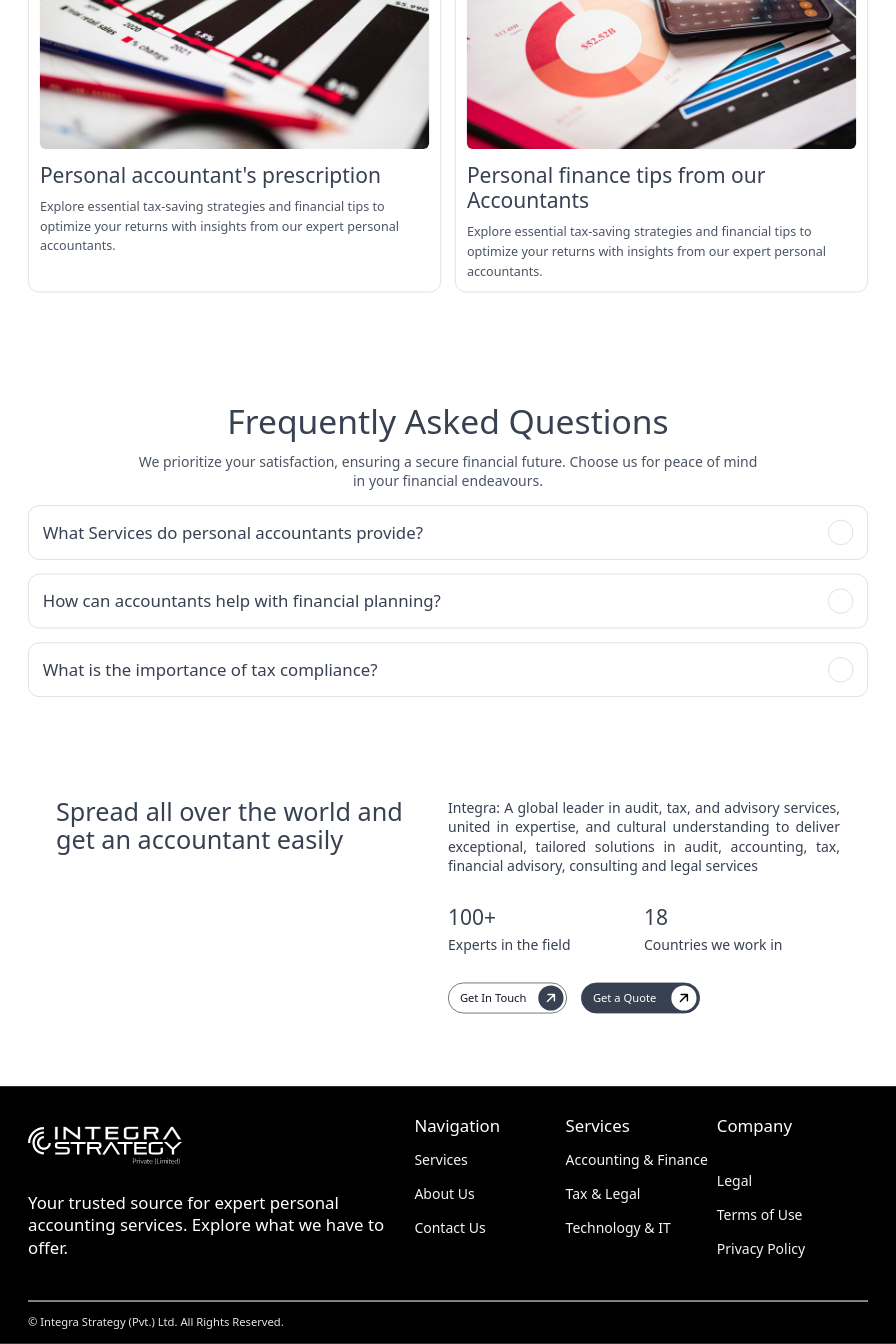
Repository: vespersolutionspk18/integrast-website
Page: /
These files come from the project's save history. The page is drawn as it stood at one moment and after the next save; the edit follows.
The browser window is 1280 px wide. The pictures show the part of the page from y = 2894 to 4814 px (the page is 4814 px tall), at 70% of full size.
The project was rebuilt for these pictures with package versions that can differ from the ones it lists, and the page was loaded fresh each time. The framework's server and built-in components were replaced by stand-ins that run in the browser. Also part of the build but not shown: next.config.ts.

Above is the page before, as saved 2024-12-12 18:13:37.

### app/layout.tsx
import type { Metadata } from "next";
import localFont from "next/font/local";
import "./globals.css";

const geistSans = localFont({
  src: "./fonts/GeistVF.woff",
  variable: "--font-geist-sans",
  weight: "100 900",
});
const geistMono = localFont({
  src: "./fonts/GeistMonoVF.woff",
  variable: "--font-geist-mono",
  weight: "100 900",
});

export const metadata: Metadata = {
  title: "Integra Strategy",
  description: "-",
};

export default function RootLayout({
  children,
}: Readonly<{
  children: React.ReactNode;
}>) {
  return (
    <html lang="en">
      <body
        className={`${geistSans.variable} ${geistMono.variable} antialiased`}
      >
        {children}
      </body>
    </html>
  );
}

### app/page.tsx
import Header from "./Header";
import Hero from "./Hero";
import Services from "./Services";
import Postsart from "./Postsart";
import Faqsection from "./Faqsection";
import GetinTouchSection from "./GetinTouchSection";
import Footer from "./Footer";

export default function Home() {
  return (
    <div>
      <Header />
      <Hero />
      <Services />
      <Postsart />
      <Faqsection />
      <GetinTouchSection />
      <Footer />
    </div>
  );
}

### app/Header.tsx
import React from 'react'
import IntegraLogo from "@/public/assets/integra-logo.svg";
import ButtonArrow from "@/public/assets/buttonarrow.svg";

const Header = () => {
  return (
    <div className="pl-10 pr-10 pt-1 pb-3 flex flex-row justify-between font-sans font-light text-gray-800">
      <IntegraLogo className="h-[90px] w-[200px]" />
      <div className="text-xl flex flex-row gap-5 items-center">
        <div className="hover:text-black hover:font-normal hover:cursor-pointer">Insights</div>
        <div className="hover:text-black hover:font-normal hover:cursor-pointer">Industries</div>
        <div className="hover:text-black hover:font-normal hover:cursor-pointer">Services</div>
        <div className="hover:text-black hover:font-normal hover:cursor-pointer">About</div>
        <div className="hover:text-black hover:font-normal hover:cursor-pointer pr-5">Clients</div>
        <div id="button"
  className="group  bg-gray-700 h-[44px] flex-row border-[1px] border-gray-700 text-white text-[16px] py-1 px-1 font-light rounded-full hidden md:flex items-center justify-between w-[170px] transition-width duration-500 ease-in-out  hover:w-[195px] hover:bg-[#ec8123] hover:border-[#ec8123] hover:cursor-pointer "

>
  <div className="mx-3 font-sans font-regular">Contact Us</div>
  <div className="bg-white rounded-full h-[36px] w-[36px] flex items-center justify-center transition-transform duration-500 ease-in-out group-hover:rotate-45 ">
    <ButtonArrow className="h-[24px] w-[24px]" />
  </div>
            </div>
      </div>
    </div>

  )
}

export default Header

### app/Hero.tsx
import React from 'react'
import ButtonArrowwhite from "@/public/assets/buttonarrowwhite.svg";

const Hero = () => {
  return (
    <div className="flex flex-col p-10 ">
        <div className="flex flex-row mt-24 h-[190px] gap-5 ">
            <div className="w-[55%] flex flex-col">
                <h1 className="font-light font-sans text-6xl text-[#ec8123]">Unlock Prosperity, <span className="text-gray-800">Choose Expert Guidance</span></h1>
                <h4 className="text-xl font-sans font-light text-gray-900 mt-6">Embark on a transformative journey to financial prosperity with our personalized accountancy services</h4>
            </div>
            <div className="w-[45%] flex flex-col justify-between ">
                <h4 className="text-xl text-justify font-light font-sans text-gray-900">Unlock tailored strategies, benefit from insightful guidances, and follow a clear pathway to achieve your financial success. Elevate your financial journey with our dedicated support and expertise. Contact us today to start your journey towards financial freedom.</h4>
                <div className="flex flex-row gap-5 pt-10">
                <div>
                <div id="button"
  className="group  bg-white h-[44px] flex-row border-[1px] border-gray-700 text-gray-900 text-[16px] py-1 px-1 font-light rounded-full hidden md:flex items-center justify-between w-[170px] transition-width duration-500 ease-in-out  hover:w-[195px] hover:bg-gray-700 hover:border-gray-700 hover:text-white hover:cursor-pointer "

>
  <div className="mx-3 font-sans font-regular">Get In Touch</div>
  <div className="bg-gray-700 rounded-full h-[36px] w-[36px] flex items-center justify-center transition-transform duration-500 ease-in-out group-hover:rotate-45 group-hover:bg-[#ec8123]">
    <ButtonArrowwhite className="h-[24px] w-[24px]" />
  </div>
            </div>
                </div>
                <div>

                </div>

                </div>
            </div>
        </div>


        <div className="flex flex-row h-[380px] gap-4 mt-16">
            <div className="w-[70%] transition-all duration-500 ease-in-out hover:w-[90%] rounded-2xl bg-cover bg-center" style={{backgroundImage: `url('/assets/heroimage3.jpg')`}}></div>
            <div className="w-[30%] transition-all duration-500 ease-in-out hover:w-[40%] flex flex-col justify-between ">
                <div className="w-full h-full rounded-2xl bg-cover bg-center" style={{backgroundImage: `url('/assets/heroimage4.jpg')`}}></div>
                <h5 className="font-sans text-gray-900 text-justify text-xl mt-3  font-light">Tailored solutions, expert guidance, and strategic planning to secure your wealth and achieve your financial goals seamlessly</h5>
            </div>
        </div>
    </div>
  )
}

export default Hero

### app/Services.tsx
import React from 'react'
import ButtonArrowwhite from "@/public/assets/buttonarrowwhite.svg";

const Services = () => {
  return (
    <div className="flex flex-col p-10 mt-16 items-center ">
        <div className="flex flex-row items-start justify-start ">
            <div className="w-1/2 font-sans font-light text-5xl text-[#ec8123]">We collaborate across <span className="text-gray-700">diverse industry landscapes</span></div>
            <div className="w-1/2 font-sans text-gray-900 text-justify text-xl  font-light">Our commitment to fostering dynamic collaboration allows to navigate the unique challenges and intricacies of various sectors. Our versatile approach ensures tailored solutions that resonate with the distinct needs of each industry.</div>
        </div>
        <div className="flex flex-row gap-5 mt-16">
            <div className="rounded-2xl w-1/3 h-[540px] bg-cover bg-center flex items-end  " style={{backgroundImage: `url('/assets/audit.jpg')`}}>
            <div className="group">
  <div className="bg-white m-4  rounded-[12px] flex flex-col relative transition-all duration-500 ease-in-out hover:pb-[120px] min-h-[180px]">
    <h5 className="ml-5 mt-5 mr-5 mb-5 font-sans text-3xl text-gray-700 group-hover:text-[#ec8123] font-light">
      Accounting & Finance
    </h5>
    <p className="ml-5 mr-5 mb-5 text-justify font-sans font-light text-xl text-gray-600">
      We are committed to serving the public interest by providing objective assurance over data on which investors rely.
    </p>
    {/* Hidden div */}
    <div className="absolute bottom-5 left-5 text-xl font-sans font-light  text-gray-600 px-4 py-2 rounded-md opacity-0 invisible transition-all duration-500 group-hover:opacity-100 group-hover:visible hover:text-black hover:cursor-pointer  hover:underline">
      Learn More
    </div>
  </div>
</div>

</div>
            <div className="rounded-2xl w-1/3 h-[540px] bg-cover bg-center flex items-end" style={{backgroundImage: `url('/assets/tax.jpg')`}}>
            <div className="group">
  <div className="bg-white m-4  rounded-[12px] flex flex-col relative transition-all duration-500 ease-in-out hover:pb-[120px] min-h-[180px]">
    <h5 className="ml-5 mt-5 mr-5 mb-5 font-sans text-3xl text-gray-700 group-hover:text-[#ec8123] font-light">
      Tax & Legal
    </h5>
    <p className="ml-5 mr-5 mb-5 text-justify font-sans font-light text-xl text-gray-600">
      We are committed to serving the public interest by providing objective assurance over data on which investors rely.
    </p>
    {/* Hidden div */}
    <div className="absolute bottom-5 left-5 text-xl font-sans font-light  text-gray-600 px-4 py-2 rounded-md opacity-0 invisible transition-all duration-500 group-hover:opacity-100 group-hover:visible hover:text-black hover:cursor-pointer  hover:underline">
      Learn More
    </div>
  </div>
</div>
</div>
            <div className="rounded-2xl w-1/3 h-[540px] bg-cover bg-center flex items-end" style={{backgroundImage: `url('/assets/tech.jpg')`}}>
            <div className="group">
  <div className="bg-white m-4  rounded-[12px] flex flex-col relative transition-all duration-500 ease-in-out hover:pb-[120px] min-h-[180px]">
    <h5 className="ml-5 mt-5 mr-5 mb-5 font-sans text-3xl text-gray-700 group-hover:text-[#ec8123] font-light">
      Technology & IT
    </h5>
    <p className="ml-5 mr-5 mb-5 text-justify font-sans font-light text-xl text-gray-600">
      We are committed to serving the public interest by providing objective assurance over data on which investors rely.
    </p>
    {/* Hidden div */}
    <div className="absolute bottom-5 left-5 text-xl font-sans font-light  text-gray-600 px-4 py-2 rounded-md opacity-0 invisible transition-all duration-500 group-hover:opacity-100 group-hover:visible hover:text-black hover:cursor-pointer  hover:underline">
      Learn More
    </div>
  </div>
</div>
</div>
        </div>
        <div className="mt-8">
                <div id="button"
  className="group  bg-white h-[44px] flex-row border-[1px] border-gray-700 text-gray-900 text-[16px] py-1 px-1 font-light rounded-full hidden md:flex items-center justify-between w-[190px] transition-width duration-500 ease-in-out hover:cursor-pointer  hover:w-[215px] hover:bg-gray-700 hover:border-gray-700 hover:text-white "

>
  <div className="mx-3 font-sans font-regular">View all Services</div>
  <div className="bg-gray-700 rounded-full h-[36px] w-[36px] flex items-center justify-center transition-transform duration-500 ease-in-out group-hover:rotate-45 group-hover:bg-[#ec8123]">
    <ButtonArrowwhite className="h-[24px] w-[24px]" />
  </div>
            </div>
                </div>
    </div>
  )
}

export default Services

### app/Postsart.tsx
import React from 'react'

const Postsart = () => {
  return (
    <div className="w-full flex flex-col p-10 items-center mt-20">
        <h2 className="text-5xl font-sans text-gray-700 font-light">Posts & Articles</h2>
        <p className="font-sans text-xl text-gray-800 font-light text-center mt-5">Stay up-to-date and enahnce your financial literacy with our engaging and informative<br></br>content your key to achieving financial success</p>
        <div className="flex flex-row mt-10 gap-5 w-full">
            <div className="hover:border-black hover:cursor-pointer flex flex-col rounded-2xl w-1/2  border-[1px] p-4 border-gray-300">
            <div className="w-full h-[340px] rounded-[8px] bg-cover bg-center" style={{backgroundImage: `url('/assets/post1.jpg')`}}></div>
            <h5 className="font-sans font-light text-3xl mt-5 text-gray-700">Navigating Tax Season: Tips for Individuals</h5>
            <p className="font-sans font-light text-gray-600 text-lg mt-3">Explore essential tax-saving strategies and financial tips to optimize your returns with insights from our expert personal accountants.</p>
            </div>
            <div className="hover:border-black hover:cursor-pointer flex flex-col rounded-2xl w-1/2  border-[1px] p-4 border-gray-300">
            <div className="w-full h-[340px] rounded-[8px] bg-cover bg-center" style={{backgroundImage: `url('/assets/post2.jpg')`}}></div>
            <h5 className="font-sans font-light text-3xl mt-5 text-gray-700">Insights from personal accountants</h5>
            <p className="font-sans font-light text-gray-600 text-lg mt-3">Explore essential tax-saving strategies and financial tips to optimize your returns with insights from our expert personal accountants.</p>
            </div>
        </div>
        <div className=" flex flex-row mt-5 gap-5 w-full">
            <div className="hover:border-black hover:cursor-pointer flex flex-col rounded-2xl w-1/2  border-[1px] p-4 border-gray-300">
            <div className="w-full h-[340px] rounded-[8px] bg-cover bg-center" style={{backgroundImage: `url('/assets/post3.jpg')`}}></div>
            <h5 className="font-sans font-light text-3xl mt-5 text-gray-700">Personal accountant&apos;s prescription</h5>
            <p className="font-sans font-light text-gray-600 text-lg mt-3">Explore essential tax-saving strategies and financial tips to optimize your returns with insights from our expert personal accountants.</p>
            </div>
            <div className="hover:border-black hover:cursor-pointer flex flex-col rounded-2xl w-1/2  border-[1px] p-4 border-gray-300">
            <div className="w-full h-[340px] rounded-[8px] bg-cover bg-center" style={{backgroundImage: `url('/assets/post4.jpg')`}}></div>
            <h5 className="font-sans font-light text-3xl mt-5 text-gray-700">Personal finance tips from our Accountants</h5>
            <p className="font-sans font-light text-gray-600 text-lg mt-3">Explore essential tax-saving strategies and financial tips to optimize your returns with insights from our expert personal accountants.</p>
            </div>
        </div>
    </div>
  )
}

export default Postsart

### app/Faqsection.tsx
"use client";
import React, { useState } from "react";
import ButtonRight from "@/public/assets/right.svg";

const Faqsection = () => {
  // Array of FAQs
  const faqs = [
    {
      question: "What Services do personal accountants provide?",
      answer:
        "Personal accountants provide a variety of services, including tax preparation, financial planning, and investment advice. They also help manage budgets, track expenses, and ensure compliance with financial regulations.",
    },
    {
      question: "How can accountants help with financial planning?",
      answer:
        "Accountants assist in creating budgets, managing investments, and developing long-term financial strategies tailored to individual needs.",
    },
    {
      question: "What is the importance of tax compliance?",
      answer:
        "Tax compliance ensures that individuals and businesses meet their legal obligations, avoiding penalties and fostering financial stability.",
    },
  ];

  // State to track which FAQ is expanded
  const [expandedIndex, setExpandedIndex] = useState<number | null>(null);

  // Toggle function
  const toggleSection = (index: number) => {
    setExpandedIndex((prevIndex) => (prevIndex === index ? null : index));
  };

  return (
    <div className="flex flex-col p-10 items-center mt-20">
      <h2 className="font-sans font-light text-5xl text-gray-700">
        Frequently Asked Questions
      </h2>
      <p className="font-sans mt-5 font-light text-xl text-gray-600 text-center">
        We prioritize your satisfaction, ensuring a secure financial future.
        Choose us for peace of mind
        <br />
        in your financial endeavours.
      </p>
      <div className="w-full flex flex-col gap-5 mt-5">
        {faqs.map((faq, index) => (
          <div
            key={index}
            className={`border-[1px] ${
              expandedIndex === index ? "border-gray-500" : "border-gray-300"
            } rounded-2xl p-5 flex flex-col transition-all duration-500`}
          >
            <div
              onClick={() => toggleSection(index)}
              className="flex flex-row justify-between items-center cursor-pointer"
            >
              <h5 className="font-sans font-light text-2xl text-gray-700">
                {faq.question}
              </h5>
              <div
                className={`bg-white border-[1px] border-gray-300 rounded-full h-[36px] w-[36px] flex items-center justify-center transition-transform duration-500 ease-in-out ${
                  expandedIndex === index ? "rotate-90" : "rotate-0"
                }`}
              >
                <ButtonRight className="h-[24px] w-[24px]" />
              </div>
            </div>
            {/* Expandable content */}
            <div
              className={`overflow-hidden transition-all duration-500 ease-in-out ${
                expandedIndex === index ? "max-h-[200px] mt-5" : "max-h-0"
              }`}
            >
              <p className="text-gray-600 font-sans font-light text-lg">{faq.answer}</p>
            </div>
          </div>
        ))}
      </div>
    </div>
  );
};

export default Faqsection;

### app/GetinTouchSection.tsx
import React from 'react'
import ButtonArrowwhite from "@/public/assets/buttonarrowwhite.svg";
import ButtonArrow from "@/public/assets/buttonarrow.svg";

const GetinTouchSection = () => {
  return (
    <div className="mt-16">
        <div className="flex flex-row p-10 ">
        <div className="ml-10 w-1/2 font-sans font-light text-gray-700 text-4xl">
        <b>Spread all over the world</b> and get an accountant easily
        </div>
        <div className="mr-10 w-1/2 flex flex-col">
        <p className="font-light text-xl text-gray-700 font-sans text-justify">
            Integra: A global leader in audit, tax, and advisory services, united in expertise, and cultural understanding to deliver exceptional, tailored solutions in audit, accounting, tax, financial advisory, consulting and legal services
        </p>
        <div className="flex flex-row justify-between mt-10">
        <div className="w-1/2 flex flex-col gap-2">
        <h5 className="font-sans font-light text-3xl text-gray-700">100+</h5>
        <p className="font-sans font-light text-xl text-gray-700">Experts in the field</p>

        </div>
        <div className="w-1/2 flex flex-col gap-2">
        <h5 className="font-sans font-light text-3xl text-gray-700">18</h5>
        <p className="font-sans font-light text-xl text-gray-700">Countries we work in </p>
        </div>
        </div>
        <div className="flex flex-row gap-5 pt-10">
                <div>
                <div id="button"
  className="group  bg-white h-[44px] flex-row border-[1px] border-gray-700 text-gray-900 text-[16px] py-1 px-1 font-light rounded-full hidden md:flex items-center justify-between w-[170px] transition-width duration-500 ease-in-out  hover:w-[195px] hover:bg-gray-700 hover:border-gray-700 hover:text-white hover:cursor-pointer "

>
  <div className="mx-3 font-sans font-regular">Get In Touch</div>
  <div className="bg-gray-700 rounded-full h-[36px] w-[36px] flex items-center justify-center transition-transform duration-500 ease-in-out group-hover:rotate-45">
    <ButtonArrowwhite className="h-[24px] w-[24px]" />
  </div>
            </div>
                </div>
                <div>
                <div id="button"
  className="group  bg-gray-700 h-[44px] flex-row border-[1px] border-gray-700 text-white text-[16px] py-1 px-1 font-light rounded-full hidden md:flex items-center justify-between w-[170px] transition-width duration-500 ease-in-out  hover:w-[195px] hover:bg-white hover:border-gray-700 hover:text-gray-700 hover:cursor-pointer "

>
  <div className="mx-3 font-sans font-regular">Get a Quote</div>
  <div className="bg-white rounded-full h-[36px] w-[36px] flex items-center justify-center transition-transform duration-500 ease-in-out group-hover:rotate-45 group-hover:border-[1px] group-hover:border-gray-700">
    <ButtonArrow className="h-[24px] w-[24px]" />
  </div>
            </div>
                </div>

                </div>
        </div>
    </div>
    </div>
  )
}

export default GetinTouchSection

### app/Footer.tsx
import React from 'react'
import IntegraFooterLogo from "@/public/assets/integra-logo-white.svg";
import { Separator } from '@/components/ui/separator';

const Footer = () => {
  return (
    <div className="flex flex-col bg-black text-white mt-16">
        <div className="flex flex-row p-10 justify-between">
        <div className="w-[46%] pr-10 flex flex-col gap-5">
        <IntegraFooterLogo className="h-[90px] w-[220px]" />
        <h3 className="font-sans font-light text-2xl">Your trusted source for expert personal accounting services. Explore what we have to offer.</h3>
        </div>
        <div className="w-[18%] flex flex-col ustify-between font-sans font-light">
        <p className="text-white text-2xl font-normal">Navigation</p>
        <ul className="text-gray-100 text-xl">
        <li className="mt-5">Services</li>
        <li className="mt-5">About Us</li>
        <li className="mt-5">Contact Us</li>
        </ul>
        </div>
        <div className="w-[18%] flex flex-col ustify-between font-sans font-light">
        <p className="text-white text-2xl font-normal">Services</p>
        <ul className="text-gray-100 text-xl">
        <li className="mt-5">Accounting & Finance</li>
        <li className="mt-5">Tax & Legal</li>
        <li className="mt-5">Technology & IT</li>
        </ul>
        </div>
        <div className="w-[18%] flex flex-col justify-between font-sans font-light">
        <p className="text-white text-2xl font-normal">Company</p>
        <ul className="text-gray-100 text-xl">
        <li className="mt-5">Legal</li>
        <li className="mt-5">Terms of Use</li>
        <li className="mt-5">Privacy Policy</li>
        </ul>
        </div>
        </div>
        <div className="pl-10 pr-10 pb-2 pt-5">
        <Separator className="border-gray-500 border-[0.5px]" />
        </div>
        <div className="pr-10 pl-10 pt-2 pb-5 font-light font-sans text-gray-200">
        &#169; Integra Strategy (Pvt.) Ltd. All Rights Reserved.
        </div>
    </div>
  )
}

export default Footer

### components/ui/separator.tsx
"use client"

import * as React from "react"
import * as SeparatorPrimitive from "@radix-ui/react-separator"

import { cn } from "@/lib/utils"

const Separator = React.forwardRef<
  React.ElementRef<typeof SeparatorPrimitive.Root>,
  React.ComponentPropsWithoutRef<typeof SeparatorPrimitive.Root>
>(
  (
    { className, orientation = "horizontal", decorative = true, ...props },
    ref
  ) => (
    <SeparatorPrimitive.Root
      ref={ref}
      decorative={decorative}
      orientation={orientation}
      className={cn(
        "shrink-0 bg-border",
        orientation === "horizontal" ? "h-[1px] w-full" : "h-full w-[1px]",
        className
      )}
      {...props}
    />
  )
)
Separator.displayName = SeparatorPrimitive.Root.displayName

export { Separator }

Loaded but not shown: app/globals.css (common file); lib/utils.ts (common file); tailwind.config.ts (common file)

After the next save:
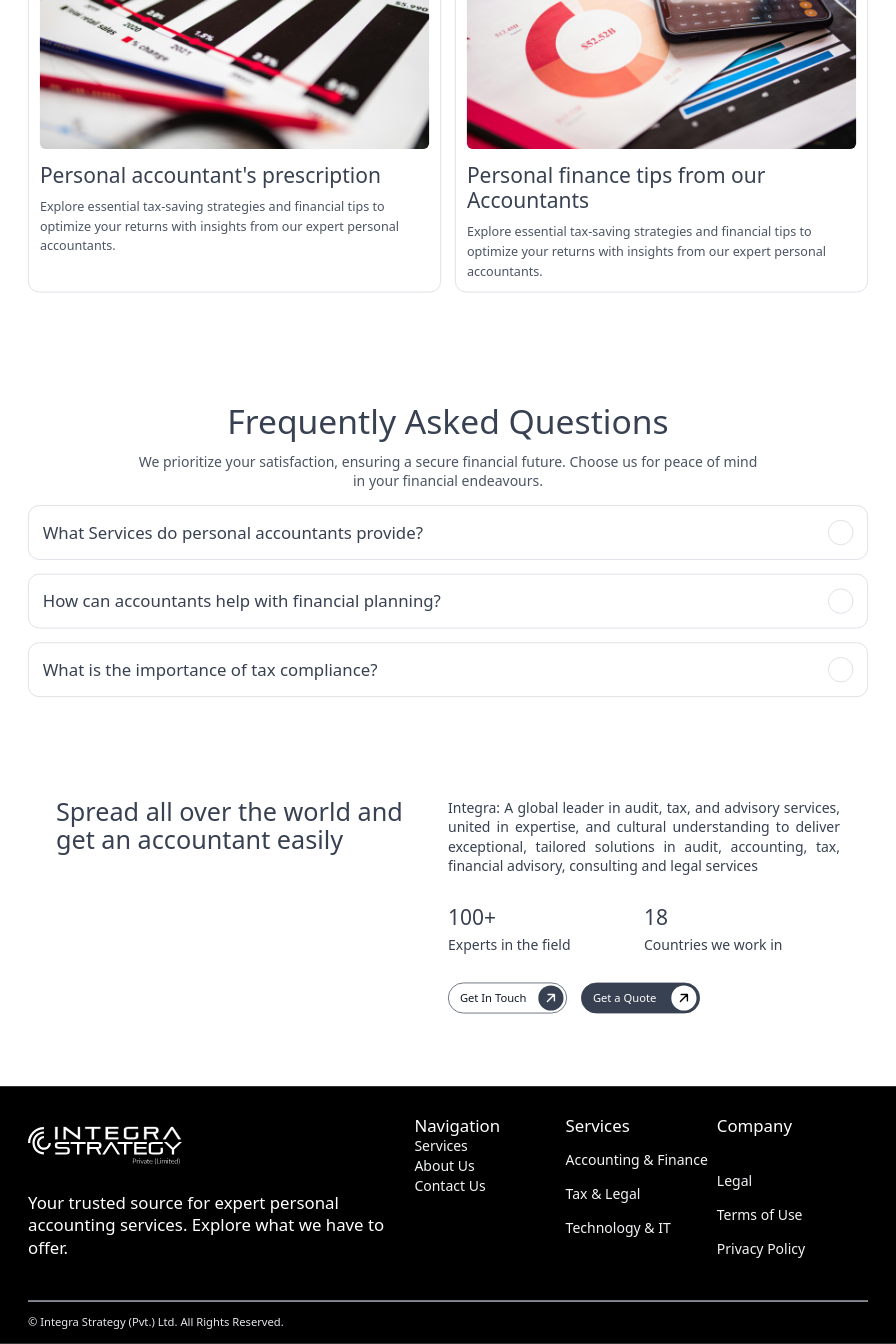
Saved 13 s later.
--- a/app/Footer.tsx
+++ b/app/Footer.tsx
@@ -13,9 +13,9 @@ const Footer = () => {
         <div className="w-[18%] flex flex-col ustify-between font-sans font-light">
         <p className="text-white text-2xl font-normal">Navigation</p>
         <ul className="text-gray-100 text-xl">
-        <li className="mt-5">Services</li>
-        <li className="mt-5">About Us</li>
-        <li className="mt-5">Contact Us</li>
+        <li className="">Services</li>
+        <li className="">About Us</li>
+        <li className="">Contact Us</li>
         </ul>
         </div>
         <div className="w-[18%] flex flex-col ustify-between font-sans font-light">
